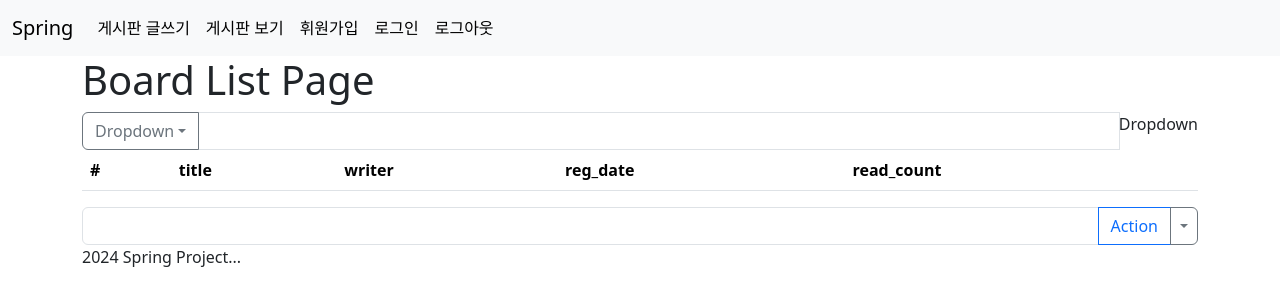
Repository: dlfhrrl12/springtest
Page: http://localhost/spring_study/WEB-INF/views/board/list.jsp
These files come from the project's save history. The page is drawn as it stood at one moment and after the next save; the edit follows.
The browser window is 1280 px wide. The pictures show the whole page.
The page is served by Tomcat 9. Nobody is signed in. The template is opened directly, without the code that normally fills it, so the values that code supplies are empty.

Above is the page before, as saved 2024-04-24 08:43:57.

### spring_study/src/main/webapp/WEB-INF/views/board/list.jsp
<%@ page language="java" contentType="text/html; charset=UTF-8"
    pageEncoding="UTF-8"%>
	<%@ taglib uri="http://java.sun.com/jsp/jstl/core"  prefix="c"%>

	<jsp:include page="../layout/header.jsp"/>

<div class="container-md">
	<h1>Board List Page</h1>
	<form action="">
		<div class="input-group">
  <button class="btn btn-outline-secondary dropdown-toggle" type="button" data-bs-toggle="dropdown" aria-expanded="false">Dropdown</button>
  <ul class="dropdown-menu">
    <li><a class="dropdown-item" href="#">Action before</a></li>
    <li><a class="dropdown-item" href="#">Another action before</a></li>
    <li><a class="dropdown-item" href="#">Something else here</a></li>
    <li><hr class="dropdown-divider"></li>
    <li><a class="dropdown-item" href="#">Separated link</a></li>
  </ul>
  <input type="text" class="form-control" aria-label="Text input with 2 dropdown buttons">
  <buttonclass="btn btn-secondary" type="button" >Dropdown</button>

</div>
	</form>

	<table class="table table-striped">
		<thead>
			<tr>
				<th>#</th>
				<th>title</th>
				<th>writer</th>
				<th>reg_date</th>
				<th>read_count</th>
			</tr>
		</thead>
		<tbody>
			<c:forEach items="${list }" var="bvo">
			<tr>
				<th>${bvo.bno }</th>
				<th><a href="/board/detail?bno=${bvo.bno }">${bvo.title }</a></th>
				<th>${bvo.writer }</th>
				<th>${bvo.reg_date }</th>
				<th>${bvo.read_count }</th>
			</tr>
			</c:forEach>
		</tbody>
	</table>
	<div class="input-group">
	  <input type="text" class="form-control" aria-label="Text input with segmented dropdown button">
	  <button type="button" class="btn btn-outline-primary">Action</button>
	  <button type="button" class="btn btn-outline-secondary dropdown-toggle dropdown-toggle-split" data-bs-toggle="dropdown" aria-expanded="false">
	    <span class="visually-hidden">Toggle Dropdown</span>
	  </button>
	  <ul class="dropdown-menu dropdown-menu-end">
	    <li><a class="dropdown-item" href="#">Action</a></li>
	    <li><a class="dropdown-item" href="#">Another action</a></li>
	    <li><a class="dropdown-item" href="#">Something else here</a></li>
	    <li><hr class="dropdown-divider"></li>
	    <li><a class="dropdown-item" href="#">Separated link</a></li>
	  </ul>
	</div>

</div>



	<jsp:include page="../layout/footer.jsp" />

### spring_study/src/main/webapp/WEB-INF/views/layout/header.jsp
<%@ page language="java" contentType="text/html; charset=UTF-8"
    pageEncoding="UTF-8"%>
<!DOCTYPE html>
<html>
<head>
<meta charset="UTF-8">
<title>header.jsp</title>
<link href="https://cdn.jsdelivr.net/npm/bootstrap@5.3.3/dist/css/bootstrap.min.css" rel="stylesheet" integrity="sha384-QWTKZyjpPEjISv5WaRU9OFeRpok6YctnYmDr5pNlyT2bRjXh0JMhjY6hW+ALEwIH" crossorigin="anonymous">
<script src="https://cdn.jsdelivr.net/npm/bootstrap@5.3.3/dist/js/bootstrap.bundle.min.js" integrity="sha384-YvpcrYf0tY3lHB60NNkmXc5s9fDVZLESaAA55NDzOxhy9GkcIdslK1eN7N6jIeHz" crossorigin="anonymous"></script>
</head>
<body>
<nav class="navbar navbar-expand-lg bg-body-tertiary">
  <div class="container-fluid">
    <a class="navbar-brand" href="#">Spring</a>
    <button class="navbar-toggler" type="button" data-bs-toggle="collapse" data-bs-target="#navbarSupportedContent" aria-controls="navbarSupportedContent" aria-expanded="false" aria-label="Toggle navigation">
      <span class="navbar-toggler-icon"></span>
    </button>
    <div class="collapse navbar-collapse" id="navbarSupportedContent">
      <ul class="navbar-nav me-auto mb-2 mb-lg-0">
        <li class="nav-item">
          <a class="nav-link active"  href="/board/register">게시판 글쓰기</a>
        </li>
        <li class="nav-item">
          <a class="nav-link active"  href="/board/list">게시판 보기</a>
        </li>
        <li class="nav-item">
          <a class="nav-link active"  href="#">휘원가입</a>
        </li>
        <li class="nav-item">
          <a class="nav-link active"  href="#">로그인</a>
        </li>
        <li class="nav-item">
          <a class="nav-link active"  href="#">로그아웃</a>
        </li>
    </div>
  </div>
</nav>

### spring_study/src/main/webapp/WEB-INF/views/layout/footer.jsp
<%@ page language="java" contentType="text/html; charset=UTF-8"
    pageEncoding="UTF-8"%>



<div class="container-md">
	2024 Spring Project...
</div>

</body>
</html>

After the next save:
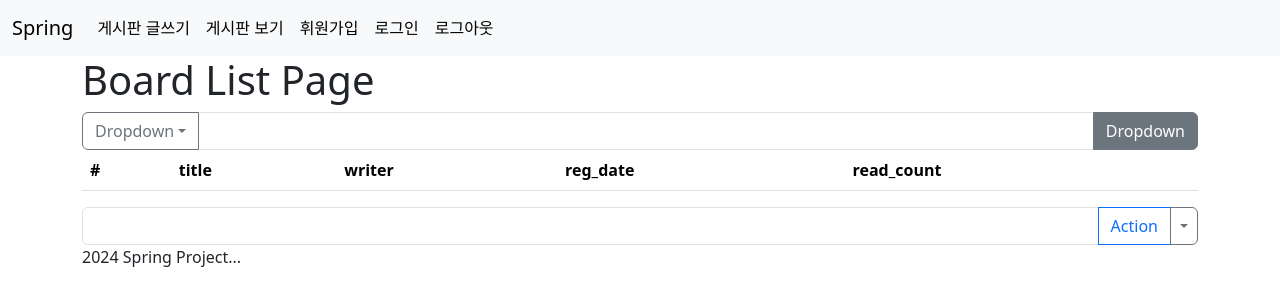
Saved 9 s later.
--- a/spring_study/src/main/webapp/WEB-INF/views/board/list.jsp
+++ b/spring_study/src/main/webapp/WEB-INF/views/board/list.jsp
@@ -17,7 +17,7 @@
     <li><a class="dropdown-item" href="#">Separated link</a></li>
   </ul>
   <input type="text" class="form-control" aria-label="Text input with 2 dropdown buttons">
-  <buttonclass="btn btn-secondary" type="button" >Dropdown</button>
+  <button class="btn btn-secondary" type="button" >Dropdown</button>
 
 </div>
 	</form>
